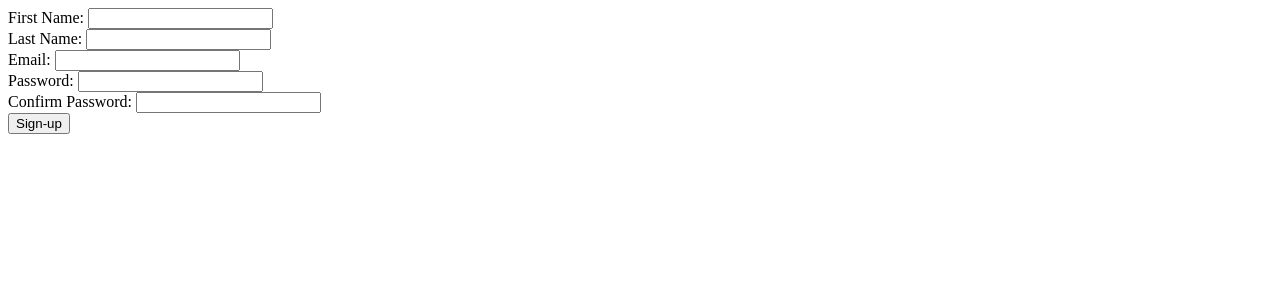
Repository: GiuuGpEEp/TerzoAnnoUni
Page: SAW/Esercizi/Form/Form.html
These files come from the project's save history. The page is drawn as it stood at one moment and after a run of saves; the edit follows.
The browser window is 1280 px wide. The pictures show the whole page.

Above is the page before, as saved 2024-11-18 22:31:04.

### SAW/Esercizi/Form/Form.html
<!DOCTYPE html>
<html lang="en">
    <head>
        <title>EsPaxi</title>
    </head>
    <body>

        <form action="registration.php" method="post">
            <div><label for="firstname">First Name:</label>
            <input type="text" name="firstname" id="firstname"></div>
            <div><label for="lastname">Last Name:</label>
            <input type="text" name="lastname" id="lastname"></div>
            <div><label for="email">Email:</label>
            <input type="email" name="email" id="email"></div>
            <div><label for="pass">Password:</label>
            <input type="password" name="pass" id="pass"></div>
            <div><label for="confirm">Confirm Password:</label>
            <input type="password" name="confirm" id="confirm"></div>
            <input type="submit" name="submit" value="Sign-up">
          </form>
    </body>

</html>

After the next 3 saves:
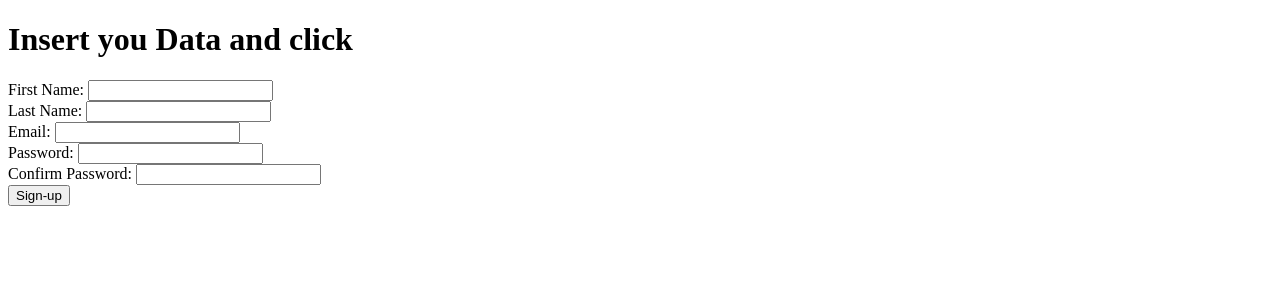
The 3 saves are shown as one change because they came seconds apart.
The last was saved 14 s later.
--- a/SAW/Esercizi/Form/Form.html
+++ b/SAW/Esercizi/Form/Form.html
@@ -4,7 +4,7 @@
         <title>EsPaxi</title>
     </head>
     <body>
-
+        <h1>Insert you Data and click </h1>
         <form action="registration.php" method="post">
             <div><label for="firstname">First Name:</label>
             <input type="text" name="firstname" id="firstname"></div>
